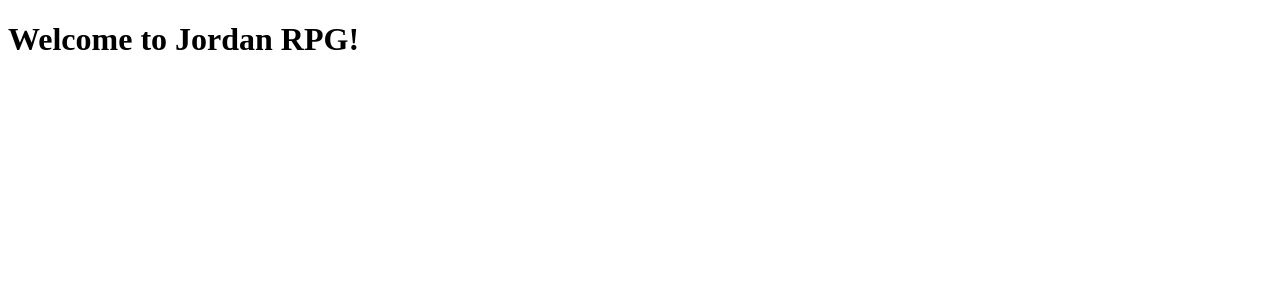
Repository: JordanShackelford/JordanRPG
Page: index.html
These files come from the project's save history. The page is drawn as it stood at one moment and after the next save; the edit follows.
The browser window is 1280 px wide. The pictures show the whole page.

Above is the page before, as saved 2023-09-15 14:20:10.
Console error: TypeError: Cannot read properties of null (reading 'getContext')

### index.html
<!DOCTYPE html>
<html>
<head>
  <title>Jordan RPG</title>
  <script src="JordanRPG.js" defer></script>
</head>
<body>
  <h1>Welcome to Jordan RPG!</h1>
  <!-- Canvas Element -->
  <canvas id="a_canvas" width="800" height="600"></canvas>
  <!-- Your game content here -->
</body>
</html>

Loaded but not shown: JordanRPG.js (1956 lines, source omitted)

After the next save:
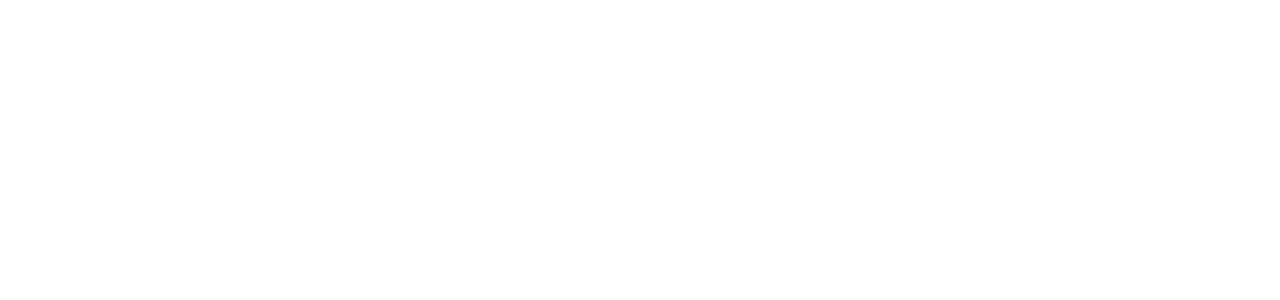
Saved 32 s later.
--- a/index.html
+++ b/index.html
@@ -5,7 +5,6 @@
   <script src="JordanRPG.js" defer></script>
 </head>
 <body>
-  <h1>Welcome to Jordan RPG!</h1>
   <!-- Canvas Element -->
   <canvas id="a_canvas" width="800" height="600"></canvas>
   <!-- Your game content here -->

After the save that followed:
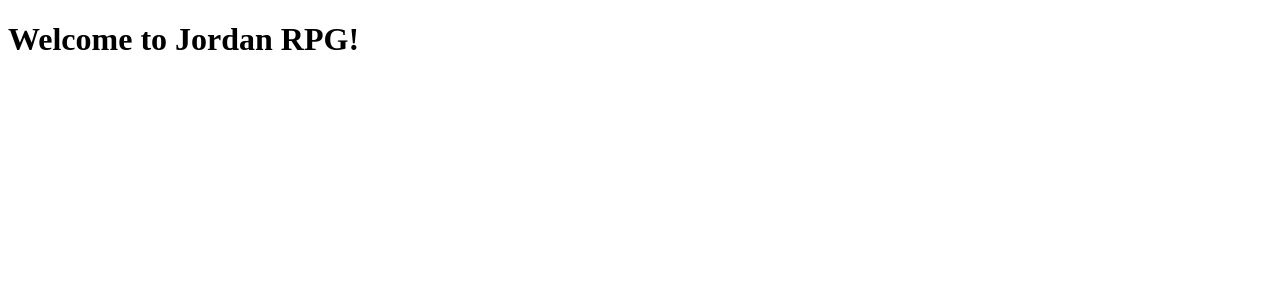
Saved 45 s later.
--- a/index.html
+++ b/index.html
@@ -5,6 +5,7 @@
   <script src="JordanRPG.js" defer></script>
 </head>
 <body>
+  <h1>Welcome to Jordan RPG!</h1>
   <!-- Canvas Element -->
   <canvas id="a_canvas" width="800" height="600"></canvas>
   <!-- Your game content here -->
